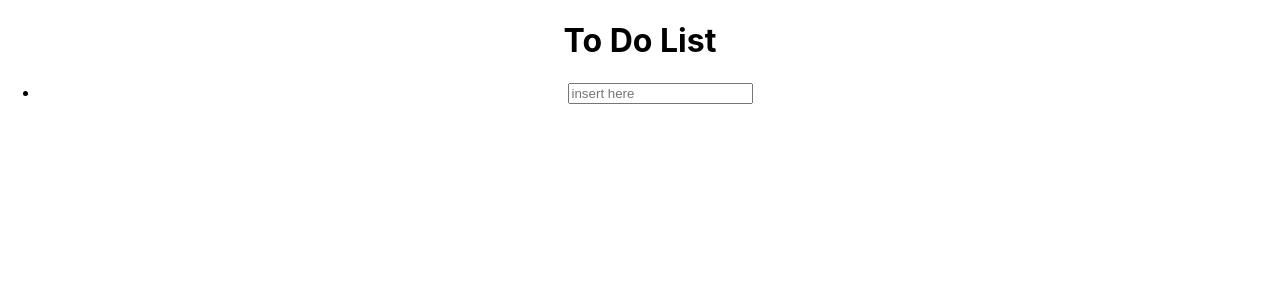
Repository: runner855/Todolist
Page: /
The author's editor kept a copy of each file at every save. The page is drawn from the files as they stood at one save, then again after the next save.
The browser window is 1280 px wide. The pictures show the whole page.
The project was rebuilt for these pictures with package versions that can differ from the ones it lists, and the page was loaded fresh each time.

Above is the page before, as saved 2021-03-29 15:13:24.

After the next save:
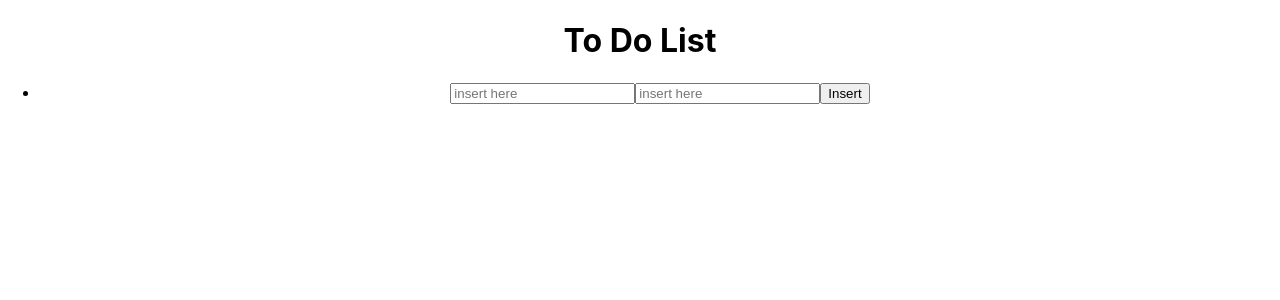
Saved 2 min 6 s later.
--- a/src/App.js
+++ b/src/App.js
@@ -7,6 +7,8 @@ function App() {
       <ul>
         <li>
           <input placeholder="insert here" name="first task"></input>
+          <input placeholder="insert here" name="first task"></input>
+          <button> Insert</button>
         </li>
       </ul>
     </div>
